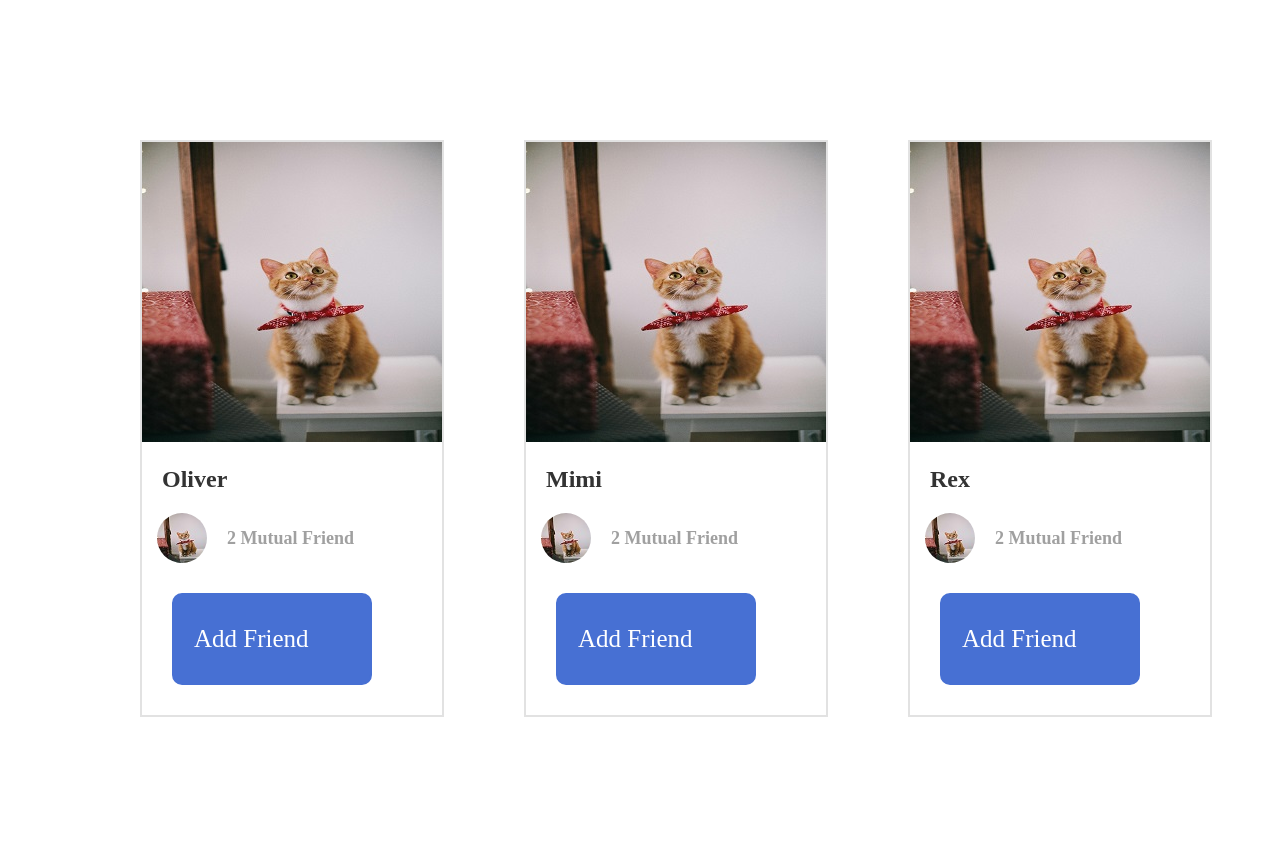
Repository: arifshahriyarnader/css-flexbox
Page: Exercise 2/index.html
The author's editor kept a copy of each file at every save. The page is drawn from the files as they stood at one save, then again after a run of saves.
The browser window is 1280 px wide. The pictures show the whole page.

Above is the page before, as saved 2024-06-16 01:43:32.

After the next 5 saves:
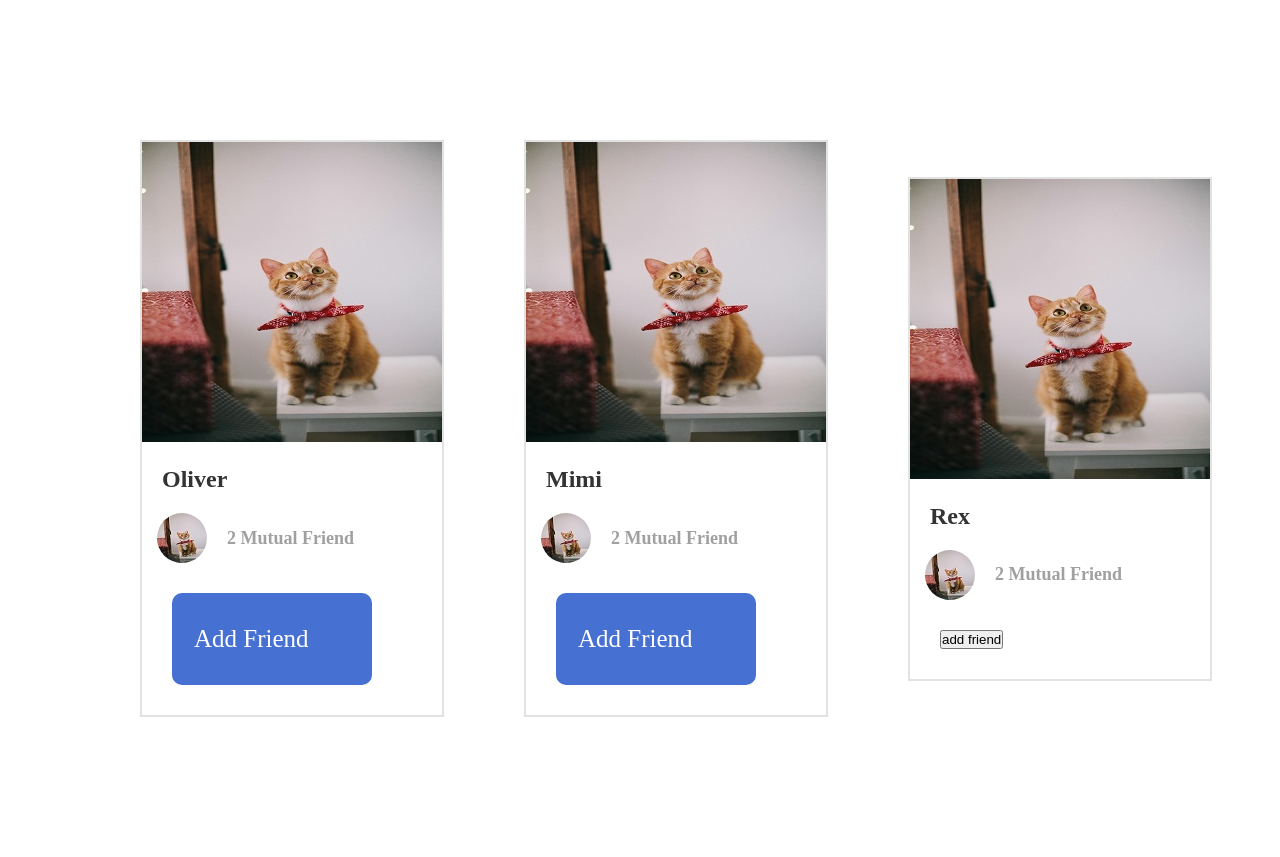
The 5 saves are shown as one change because they came seconds apart.
The last was saved 62 s later.
--- a/Exercise 2/index.html
+++ b/Exercise 2/index.html
@@ -41,7 +41,7 @@
                     <p>2 Mutual  Friend</p>
                 </div>
                 <div class="add_friend">
-                    <p>add friend</p>
+                    <button type="">add friend</button>
                 </div>
             </div>
 
